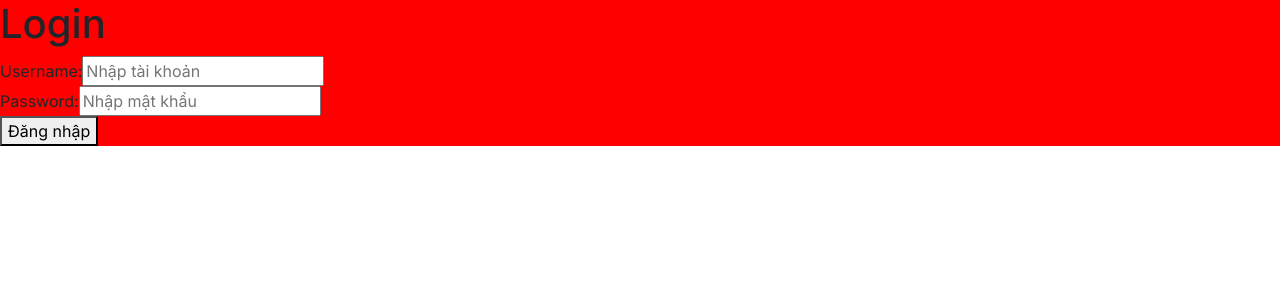
Repository: nghiakma/RFID-RFID-Attendance-System-using-ESP32-Nodejs-Reactjs-Nextjs-
Page: / (app in attendance/)
An editor plug-in stored every save of this project. The page is shown before and after the next save, followed by the edit.
The browser window is 1280 px wide. The pictures show the whole page.
The page's requests for data from a server got no answer. The project was rebuilt for these pictures with package versions that can differ from the ones it lists, and the page was loaded fresh each time. The framework's server and built-in components were replaced by stand-ins that run in the browser. No one was signed in, and anything a server would have sent is missing. Also part of the build but not shown: attendance/next.config.js, attendance/src/styles/home-page.module.css, attendance/src/styles/tab-home.module.css, attendance/src/pages/api/convert-time.js, attendance/src/pages/api/networking.js, attendance/src/pages/tab-home.js, attendance/src/styles/tab-history.module.css, attendance/src/pages/tab-history.js and 6 more.

Above is the page before, as saved 2023-12-21 14:45:16.

### attendance/src/pages/index.js
import {useEffect, useState} from 'react';
import { Inter } from 'next/font/google';
import 'bootstrap/dist/css/bootstrap.min.css';
import HomePage from './home-page.js';
import Login from './login-page.js'
import { BrowserRouter as Router,Routes, Route } from 'react-router-dom'
const inter = Inter({ subsets: ['latin'] })

export default function Home() {
  const [loginSuccess, setLoginSucsess] = useState(false);
  const handleLogin = (isSuccess) => {
    setLoginSucsess(isSuccess);
  }
  useEffect(() => {
    import('bootstrap/dist/js/bootstrap.min.js');
  }, []);
  return (
    <main className={inter.className}>
      {/* <Router>
        <Routes>
          <Route path='/home' element={<HomePage />}/>
          <Route path='/login' element={<Login />}/>
        </Routes>
      </Router> */}
      {
        loginSuccess ? <HomePage/> : <Login/>
      }
    </main>
  )
}

### attendance/src/pages/login-page.js
import React from "react";
import styles from '../styles/login-page.module.css'
import { FontAwesomeIcon } from '@fortawesome/react-fontawesome'
const Login = () => {

    return (
        <div
            style={{
                backgroundColor: 'red'
            }}>
            <div className="login-container">
                <div className="login-content">
                    <h1 className="login-title">Login</h1>
                    <div className="login-handle">
                        <div className="login-form">
                            <label>Username: </label>
                            <input type="email" className="form-input" placeholder="Nhập tài khoản"/>
                        </div>
                        <div className="login-form">
                            <label>Password: </label>
                            <input type="password" className="form-input" placeholder="Nhập mật khẩu"/>
                        </div>
                        <div className="login-button">
                            <button className="login-btn">Đăng nhập</button>
                        </div>
                    </div>
                </div>
            </div>
        </div>
    )
}

export default Login

After the next save:
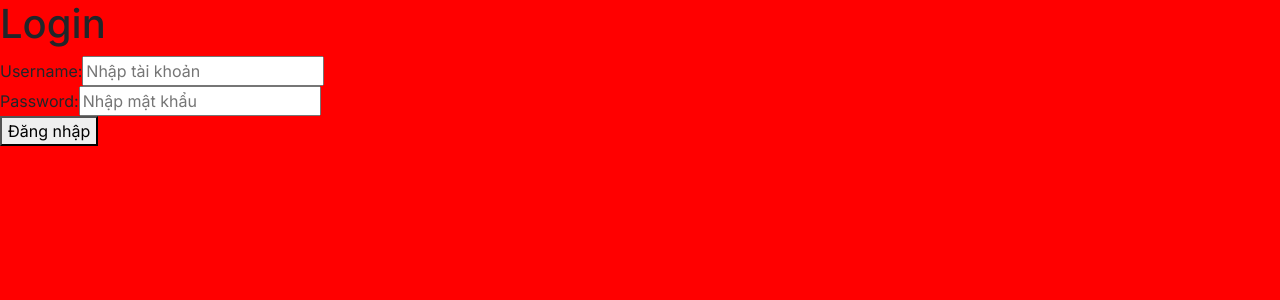
Saved 19 s later.
--- a/attendance/src/pages/login-page.js
+++ b/attendance/src/pages/login-page.js
@@ -6,7 +6,7 @@ const Login = () => {
     return (
         <div
             style={{
-                backgroundColor: 'red'
+                backgroundColor: 'red', height: '100vh'
             }}>
             <div className="login-container">
                 <div className="login-content">
